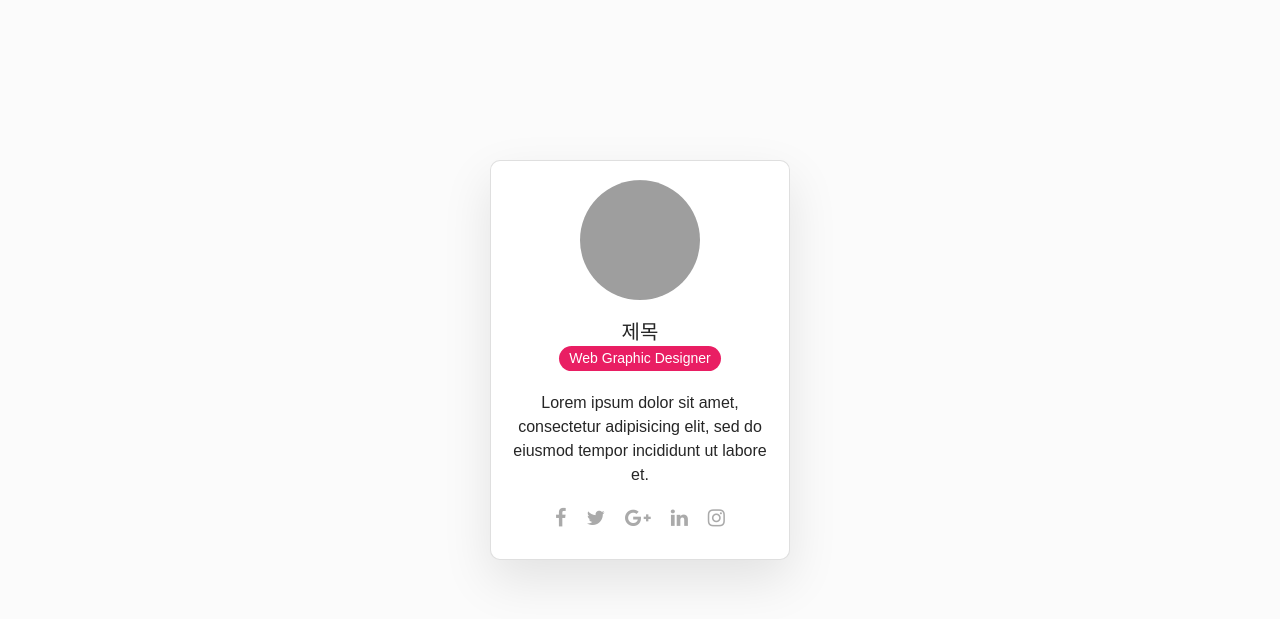
Repository: cheez0909/JSP
Page: http://localhost/1103/session/ServletEX/detail
An editor plug-in stored every save of this project. The page is shown before and after the next save, followed by the edit.
The browser window is 1280 px wide. The pictures show the whole page.
Pictures or frames that could not be fetched are drawn as grey boxes. Some web libraries are served in a nearby version. The page is served by Tomcat 9. Other server files are loaded and not shown. Queries for data that is not in the repository find no rows.

Above is the page before, as saved 2023-11-09 05:44:03.

### 1103/src/main/webapp/session/ServletEX/Boarddetails.jsp
<%@ page language="java" contentType="text/html; charset=UTF-8"
    pageEncoding="UTF-8"%>
<!DOCTYPE html>
<html lang="en">
<head>
    <meta charset="utf-8">
    <!-- This file has been downloaded from Bootsnipp.com. Enjoy! -->
    <title>UI card design css - Bootsnipp.com</title>
        <meta name="viewport" content="width=device-width, initial-scale=1">
    <link href="http://maxcdn.bootstrapcdn.com/bootstrap/4.1.1/css/bootstrap.min.css" rel="stylesheet">
    <style type="text/css">
        body {
    margin:0;
    padding:0;
    font-family:sans-serif;
    background:#fbfbfb;
}
.card {
    position:absolute;
    top:50%;
    left:50%;
    transform:translate(-50%,-50%);
    width:300px;
    min-height:400px;
    background:#fff;
    box-shadow:0 20px 50px rgba(0,0,0,.1);
    border-radius:10px;
    transition:0.5s;
}
.card:hover {
    box-shadow:0 30px 70px rgba(0,0,0,.2);
}
.card .box {
    position:absolute;
    top:50%;
    left:0;
    transform:translateY(-50%);
    text-align:center;
    padding:20px;
    box-sizing:border-box;
    width:100%;
}
.card .box .img {
    width:120px;
    height:120px;
    margin:0 auto;
    border-radius:50%;
    overflow:hidden;
}
.card .box .img img {
    width:100%;
    height:100%;
}
.card .box h2 {
    font-size:20px;
    color:#262626;
    margin:20px auto;
}
.card .box h2 span {
    font-size:14px;
    background:#e91e63;
    color:#fff;
    display:inline-block;
    padding:4px 10px;
    border-radius:15px;
}
.card .box p {
    color:#262626;
}
.card .box span {
    display:inline-flex;
}
.card .box ul {
    margin:0;
    padding:0;
}
.card .box ul li {
    list-style:none;
    float:left;
}
.card .box ul li a {
    display:block;
    color:#aaa;
    margin:0 10px;
    font-size:20px;
    transition:0.5s;
    text-align:center;
}
.card .box ul li:hover a {
    color:#e91e63;
    transform:rotateY(360deg);
}
    </style>
    <script src="http://code.jquery.com/jquery-1.11.1.min.js"></script>
    <script src="http://maxcdn.bootstrapcdn.com/bootstrap/4.1.1/js/bootstrap.min.js"></script>
</head>
<body>
<link rel="stylesheet" href="https://cdnjs.cloudflare.com/ajax/libs/font-awesome/4.7.0/css/font-awesome.min.css">
<div class="card">
    <div class="box">
        <div class="img">
            <img src="https://item.kakaocdn.net/do/b563e153db82fde06e1423472ccf192c960f4ab09fe6e38bae8c63030c9b37f9">
        </div>
        <h2>제목<br><span>Web Graphic Designer</span></h2>
        <p> Lorem ipsum dolor sit amet, consectetur adipisicing elit, sed do eiusmod
                tempor incididunt ut labore et.</p>
        <span>
            <ul>
                <li><a href="#"><i class="fa fa-facebook" aria-hidden="true"></i></a></li>
                <li><a href="#"><i class="fa fa-twitter" aria-hidden="true"></i></a></li>
                <li><a href="#"><i class="fa fa-google-plus" aria-hidden="true"></i></a></li>
                <li><a href="#"><i class="fa fa-linkedin" aria-hidden="true"></i></a></li>
                <li><a href="#"><i class="fa fa-instagram" aria-hidden="true"></i></a></li>
            </ul>
        </span>
    </div>
</div>
<script type="text/javascript">

</script>
</body>
</html>

### 1103/src/main/java/com/momo/controller/detailController.java
package com.momo.controller;

import java.io.IOException;
import java.util.List;

import javax.servlet.ServletException;
import javax.servlet.annotation.WebServlet;
import javax.servlet.http.HttpServlet;
import javax.servlet.http.HttpServletRequest;
import javax.servlet.http.HttpServletResponse;

import com.momo.dao.BoardDAO;
import com.momo.dto.BoardDTO;


@WebServlet("/session/ServletEX/detail")
public class detailController extends HttpServlet {
	private static final long serialVersionUID = 1L;


	protected void doGet(HttpServletRequest request, HttpServletResponse response) throws ServletException, IOException {
		String num = request.getParameter("num");

		// String id = request.getParameter("ids");

		BoardDAO dao = new BoardDAO();
		System.out.println(num+" ");

		dao.visitCount(num);
		BoardDTO dto = dao.getOne(num);



		request.setAttribute("boarddto", dto);
		dao.close();

		request.getRequestDispatcher("Boarddetails.jsp").forward(request, response);
	}
}

### 1103/src/main/java/com/momo/DBConnection.java
package com.momo;

import java.sql.Connection;
import java.sql.DriverManager;
import java.sql.PreparedStatement;
import java.sql.ResultSet;
import java.sql.SQLException;
import java.sql.Statement;

import javax.servlet.ServletContext;

public class DBConnection {
	public Connection con;
	public Statement stmtl;
	public PreparedStatement pstmt;
	public ResultSet rs;

	public DBConnection(){
		try {
			// 드라이버 로딩
			Class.forName("oracle.jdbc.OracleDriver");

			String url = "jdbc:oracle:thin:@localhost:1521:orcl";
			String id = "dani";
			String pw = "dani";

			con = DriverManager.getConnection(url, id, pw);
			System.out.println("DB 연결 성공! (기본 생성자)");

		} catch (ClassNotFoundException e) {
			System.out.println("드라이버로딩 실패");
			e.printStackTrace();
		} catch (SQLException e) {
			// TODO Auto-generated catch block
			e.printStackTrace();
		}
	}

	// 서버가 실행될때
	// application으로부터 db정보를 불러옴
	public DBConnection(ServletContext application) {
		String driver = application.getInitParameter("driver");
		String url = application.getInitParameter("url");
		String id = application.getInitParameter("id");
		String pw = application.getInitParameter("pw");

		try {
			Class.forName(driver);
			con = DriverManager.getConnection(url, id, pw);
			System.out.println("application 내장 객체를 활용한 Connection 생성");
		} catch (ClassNotFoundException e) {
			// TODO Auto-generated catch block
			System.out.println("드라이버 로딩 실패 - 라이브러리를 확인해주세요");
			e.printStackTrace();
		} catch (SQLException e) {
			// TODO Auto-generated catch block
			System.out.println("Connection 객체 생성 실패");
			e.printStackTrace();
		}

	}

	public DBConnection(String driver, String url, String id, String pw) {
		try {
			Class.forName(driver);
			con = DriverManager.getConnection(url, id, pw);
			stmtl = con.createStatement();


		} catch (ClassNotFoundException e) {
			// TODO Auto-generated catch block
			e.printStackTrace();
		} catch (SQLException e) {
			// TODO Auto-generated catch block
			e.printStackTrace();
		}

	}
	public void close() {
		try {
		if(rs!=null) rs.close();
		if(pstmt!=null) pstmt.close();
		if(stmtl!=null) stmtl.close();
		if(con!=null) con.close();
		} catch(Exception e) {
			System.out.println("자원반납 중 예외가 발생하였습니다.");
			e.printStackTrace();
		}

	}
}

### 1103/src/main/java/com/momo/dao/BoardDAO.java
package com.momo.dao;

import java.sql.SQLException;
import java.util.ArrayList;
import java.util.List;

import com.momo.DBConnection;
import com.momo.DBConnectionPool;
import com.momo.dto.BoardDTO;
import com.momo.dto.Criteria;

// DBConnectionPool : 톰캣에서 제공해주는 기능을 사용하며 커넥션풀이라는 공간에 커넥션 객체를 미리
// 생성해놓고 사용
public class BoardDAO extends DBConnection{

	public BoardDAO() {
		super();
	}


	// 내가 쓴 글 조회하기
	public List<BoardDTO> getList(String id){
		List<BoardDTO> list = new ArrayList<>();
		try {
		String sql = "SELECT *\r\n"
				+ "FROM BOARD\r\n"
				+ "WHERE ID=?";


			pstmt = con.prepareStatement(sql);
			pstmt.setString(1, id);
			rs = pstmt.executeQuery();

			while(rs.next()) {
				BoardDTO dto = new BoardDTO();
				dto.setId(rs.getString("id"));
				dto.setTitle(rs.getString("title"));
				dto.setContent(rs.getString("content"));
				dto.setNum(rs.getString("num"));
				dto.setPostdate(rs.getString("postdate"));
				dto.setVisitcount(rs.getString("visitcount"));
				list.add(dto);
			}

		} catch (SQLException e) {
			e.printStackTrace();
		}
		return list;
	}
	/*
	 *
	 * 리스트 조회 후 변환
	 * + 페이징 처리
	 * return
	 *
	 * */
	// 리스트 조회하는 메서드
	public List<BoardDTO> getList(Criteria cri){
		List<BoardDTO> list = new ArrayList<>();
//		String sql = "SELECT *\r\n"
//				+ "FROM BOARD\r\n";
		try {

			String where="";

			// 컬럼명은 ? 로 동작되지 않음
			if(!"".equals(cri.getSearchField())&&!"".equals(cri.getSearchWord()) ) {
				where = "where " + cri.getSearchField() + " like '%" + cri.getSearchWord()
					+ "%' ";
			}

		// 페이징 처리하기
		String sql = "select *\r\n"
				+ "from (select rownum rnum, b.*\r\n"
				+ "        from  (  -- 최신순으로 조회\r\n"
				+ "                select *\r\n"
				+ "                from board\r\n"
				+ where
				+ "                order by num desc) b\r\n"
				+ "        )\r\n"
				+ "where rnum between ? and ?";

			pstmt = con.prepareStatement(sql);
			// 시작번호 = 끝번호 - (페이지당게시물수 -1)
			pstmt.setInt(1, cri.getStartNo());
			// 끝번호 = 페이지번호 * 페이지당게시물수
			pstmt.setInt(2, cri.getEndNo());

			// 페이지 객체를 생성해야함
			// 페이지

			rs = pstmt.executeQuery();

			System.out.println(sql);
			System.out.println(where);

			while(rs.next()) {
				BoardDTO dto = new BoardDTO();
				dto.setId(rs.getString("id"));
				dto.setTitle(rs.getString("title"));
				dto.setContent(rs.getString("content"));
				dto.setNum(rs.getString("num"));
				dto.setPostdate(rs.getString("postdate"));
				dto.setVisitcount(rs.getString("visitcount"));
				list.add(dto);
			}

		} catch (SQLException e) {
			e.printStackTrace();
		}
		return list;
	}




	// 1건을 조회하는 메서드
	public BoardDTO getOne(String num) {

		BoardDTO dto = new BoardDTO();

		try {

		String sql = "SELECT *\r\n"
				+ "FROM board\r\n"
				+ "WHERE NUM=?";

		pstmt = con.prepareStatement(sql);
		pstmt.setString(1, num);
		rs = pstmt.executeQuery();

		while(rs.next()) {
			dto.setId(rs.getString("id"));
			dto.setTitle(rs.getString("title"));
			dto.setContent(rs.getString("content"));
			dto.setNum(rs.getString("num"));
			dto.setPostdate(rs.getString("postdate"));
			dto.setVisitcount(rs.getString("visitcount"));
		}

		} catch (SQLException e) {
		e.printStackTrace();
		}
		return dto;
	}


	//public static void main(String[] args) {
	//	BoardDAO dao = new BoardDAO();
	//	System.out.print(dao.getList("test"));
	//}


	// 조회수 증가 쿼리짜기
	// 업데이트 쿼리 짜기 update
	// 조회수를 반환하자!! -> int타입으로....
	// 실행된 건수가 반환됨.....
	// 화면이 열렸을때 실행되어야 함 -> 디테일 컨트롤러로
	public int visitCount(String num) {
		BoardDTO dto = new BoardDTO();
		int res=0;
		try {

		String sql = "update board\r\n"
				+ "set visitcount = visitcount + 1\r\n"
				+ "where num = ?";

		pstmt = con.prepareStatement(sql);
		pstmt.setString(1, num);
		res = pstmt.executeUpdate();
		// System.out.println(res + "건이 실행되었습니다.");

		} catch (SQLException e) {
			e.printStackTrace();
		}	return res;
	}

	// 삭제하는 메서드 만들기
	public int deleteBoard(String num) {
		BoardDTO dto = new BoardDTO();
		int res=0;
		try {

		String sql = "delete board\r\n"
				+ "where num=?";

		pstmt = con.prepareStatement(sql);
		pstmt.setString(1, num);
		res = pstmt.executeUpdate();
		// System.out.println(res + "건이 실행되었습니다.");

		} catch (SQLException e) {
			e.printStackTrace();
		}	return res;
	}



	// 작성하는 메서드 만들기
	public int write(String title, String content, String id) {
		BoardDTO dto = new BoardDTO();

		int res=0;
		try {

		String sql = "insert into board (num, title, content, id) \r\n"
				+ "values (SEQ_BOARD_NUM.NEXTVAL, ?, ?, ?)";

		pstmt = con.prepareStatement(sql);
		pstmt.setString(1, title);
		pstmt.setString(2, content);
		pstmt.setString(3, id);
		res = pstmt.executeUpdate();

		System.out.println(res + "건이 실행되었습니다.");

		} catch (SQLException e) {
			e.printStackTrace();
		}	return res;
	}



	/*
	 * 게시글의 총 건수를 조회 후 반환
	 * return 게시글의 총 건수
	 *
	 */
	public int getTotalCnt() {
		int res = 0;
		String sql = "select count(*)\r\n"
				+ "from board";

		try {
			pstmt = con.prepareStatement(sql);
			//rs = stmtl.executeQuery(sql);
			rs = pstmt.executeQuery();

			if(rs.next()) {
				res = rs.getInt(1);
				//System.out.println(res);
			}

			System.out.println(res);
		} catch (SQLException e) {
			// TODO Auto-generated catch block
			e.printStackTrace();
		}
		return res;
	}

	/*
	 * 검색 조건을 적용했을때 페이지 블럭이
	 * 해당 검색 조건을 만족하는 만큼만 나와야 하는데
	 * 매개변수가 없을 경우 총 게시물수로 고정되어 출력됨
	 * 게시글의 총 건수를 조회 후 반환
	 * return 게시글의 총 건수
	 *
	 */
//	public int getTotalCnt(Criteria criteria) {
//		int res = 0;
//		String where="";
//
//
//		try {
//
//			// 컬럼명은 ? 로 동작되지 않음
//			if(!"".equals(criteria.getSearchField())&&!"".equals(criteria.getSearchWord()) ) {
//				where = "where " + criteria.getSearchField() + " like '%" + criteria.getSearchWord()
//					+ "%' ";
//			}
//
//			String sql = "select count(*)\r\n"
//					+ "from board " + where;
//
//			pstmt = con.prepareStatement(sql);
//			//rs = stmtl.executeQuery(sql);
//			rs = pstmt.executeQuery();
//
//			if(rs.next()) {
//				res = rs.getInt(1);
//				//System.out.println(res);
//			}
//
//			System.out.println(res);
//		} catch (SQLException e) {
//			// TODO Auto-generated catch block
//			e.printStackTrace();
//		}
//		return res;
//	}


	//public static void main(String[] args) {
	//	BoardDAO dao = new BoardDAO();
	//	int i=0;
	//	while(i!=10) {
	//		dao.write("제목", "내용");
	//		i++;
	//	}
	//}



	/*
	 * 검색 메서드
	 *
	 */

	public int search(String title, String content, String id) {
		BoardDTO dto = new BoardDTO();

		int res=0;
		try {

		String sql = "insert into board (num, title, content, id) \r\n"
				+ "values (SEQ_BOARD_NUM.NEXTVAL, ?, ?, ?)";

		pstmt = con.prepareStatement(sql);
		pstmt.setString(1, title);
		pstmt.setString(2, content);
		pstmt.setString(3, id);
		res = pstmt.executeUpdate();

		System.out.println(res + "건이 실행되었습니다.");

		} catch (SQLException e) {
			e.printStackTrace();
		}	return res;
	}

}

### 1103/src/main/java/com/momo/dto/BoardDTO.java
package com.momo.dto;

public class BoardDTO {
	private String num;
	private String title;
	private String content;
	private String id;
	private String postdate;
	private String visitcount;
	public BoardDTO() {}
	public BoardDTO(String num, String title, String content, String id, String postdate, String visitcount) {
		this.num = num;
		this.title = title;
		this.content = content;
		this.id = id;
		this.postdate = postdate;
		this.visitcount = visitcount;
	}
	public String getNum() {
		return num;
	}
	public void setNum(String num) {
		this.num = num;
	}
	public String getTitle() {
		return title;
	}
	public void setTitle(String title) {
		this.title = title;
	}
	public String getContent() {
		return content;
	}
	public void setContent(String content) {
		this.content = content;
	}
	public String getId() {
		return id;
	}
	public void setId(String id) {
		this.id = id;
	}
	public String getPostdate() {
		return postdate;
	}
	public void setPostdate(String postdate) {
		this.postdate = postdate;
	}
	public String getVisitcount() {
		return visitcount;
	}
	public void setVisitcount(String visitcount) {
		this.visitcount = visitcount;
	}
}

After the next save:
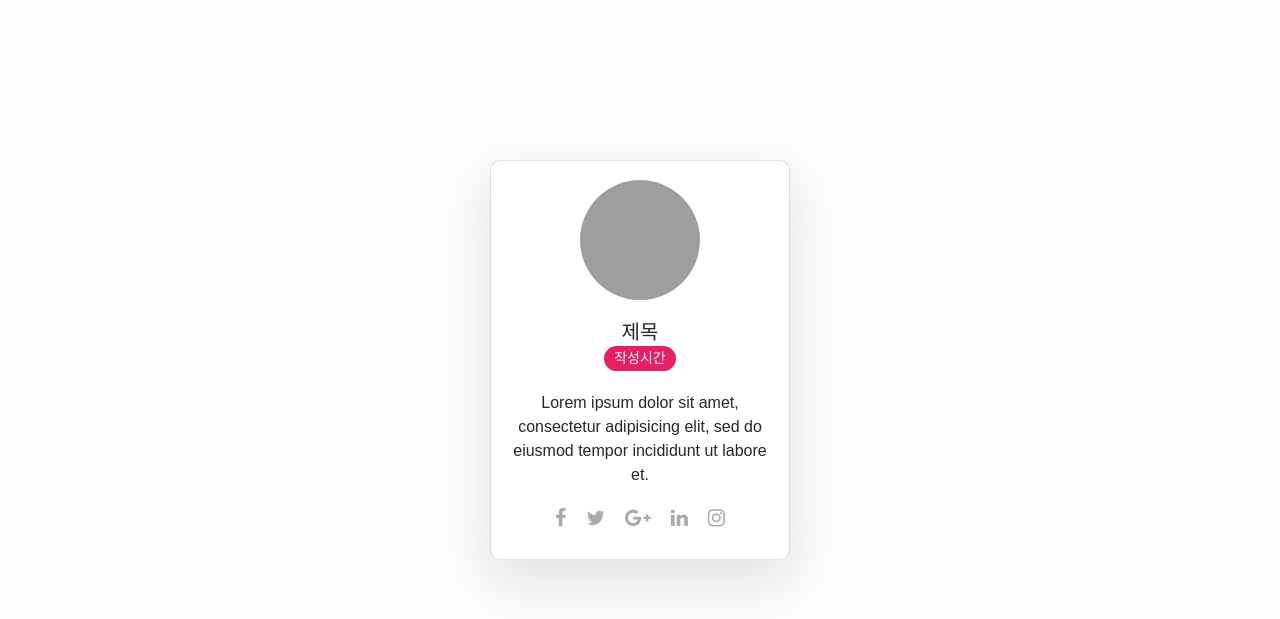
Saved 26 s later.
--- a/1103/src/main/webapp/session/ServletEX/Boarddetails.jsp
+++ b/1103/src/main/webapp/session/ServletEX/Boarddetails.jsp
@@ -101,7 +101,7 @@
         <div class="img">
             <img src="https://item.kakaocdn.net/do/b563e153db82fde06e1423472ccf192c960f4ab09fe6e38bae8c63030c9b37f9">
         </div>
-        <h2>제목<br><span>Web Graphic Designer</span></h2>
+        <h2>제목<br><span>작성시간</span></h2>
         <p> Lorem ipsum dolor sit amet, consectetur adipisicing elit, sed do eiusmod
                 tempor incididunt ut labore et.</p>
         <span>
